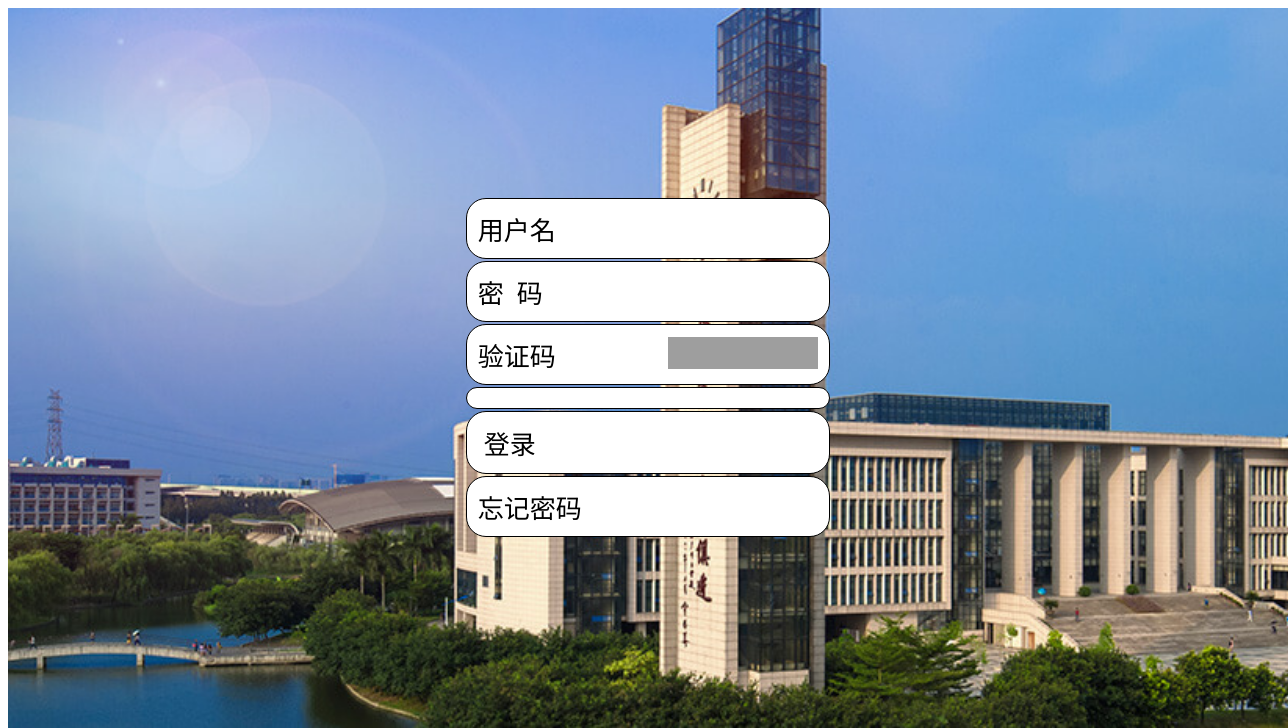
Repository: IAmJiangWenHao/ReportServer
Page: demo.html
An editor plug-in stored every save of this project. The page is shown before and after the next save, followed by the edit.
The browser window is 1280 px wide. The page is 1288 px wide, so the pictures cover 1288 px, including what lies to the right of the window. The pictures show the whole page.
Pictures or frames that could not be fetched are drawn as grey boxes.

Above is the page before, as saved 2023-05-16 12:18:06.

### demo.html
<!DOCTYPE html>
<html>

<head>
  <meta http-equiv="Content-Type" content="text/html; charset=UTF-8">
  <title>登录</title>
</head>

<body>
  <style>
    dfv {
      height: 100%;
      width: 100%;
      position: absolute;
      background-image: url('./web/img/gzdx-bg.jpg');
      background-size: cover;
      background-position: center;

    }

    form {
      height: 100%;
    }

    table {
      height: 100%;
      display: flex;
      justify-content: center;
      align-items: center;
    }

    table tbody tr {
      border: 1px solid black;
      margin-bottom: 2px;
      display: flex;
      border-radius: 20px;
      width: auto;
      height: auto;
      padding: 10px;
      font-size: 26px;
      background-color: #fff;
      position: relative;
      justify-content: space-between
    }
    table tbody tr td a{
      color: #000;
      text-decoration:none;
    }
    table tbody tr td input{
      border: 0;
      background-color: #fff;
    }
  </style>

  <script type="text/javascript"> //这里是JavaScript
    window.onload = function () {
      document.getElementById("img").onclick = function () {
        /*document.getElementById()通过元素的id来获取元素，
         .getElementById("img")先获取"img" 元素；
         然后.onclick()，点击触发一个事件，这个事件发生会执行funciton()函数。
         目的:点击id为img的页面元素时会触发funciton函数。生成验证码*/
        this.src = "CheckcodeServlet?time" + new Date().getTime();
        //new Date().getTime()增加时间戳来更换验证码图片
      };
    };

  </script>
  <script type="text/javascript">
    //检查输入是否为空
    function Check() {
      const username = document.form1.username.value;
      const password = document.form1.password.value;
      const checkcode = document.form1.checkcode.value;

      if (!username) {
        alert("用户名不能为空！");
        document.form1.username.focus();
        return false;
      }

      if (!password) {
        alert("密码不能为空！");
        document.form1.password.focus();
        return false;
      }

      if (!checkcode) {
        alert("验证码不能为空！");
        document.form1.checkcode.focus();
        return false;
      }

      return true;
    }
  </script>

  <dfv>
    <form action="LoginServlet" method="post" name="form1" onSubmit="return Check()">
      <!-- form属性action="LoginServlet"中，LoginServlet待后续实现，用于处理请求-->
      <table>

        <tr>
          <td>用户名</td>
          <td><input style="width:150px;height:30px;" type="text" name="username" size="20"></td>
        </tr>
        <tr>
          <td>密&nbsp;&nbsp;码</td>
          <td><input style="width: 150px;height:30px;" type="password" name="password" size="20"></td>
        </tr>
        <tr>
          <td>验证码</td>
          <td><input style="width: 100px;height:30px;" type="text" name="checkcode" size="15">
            <img style="width:150px;height:32px;" id="img" src="CheckcodeServlet" alt="[验证码待续]" align="center">
            <!-- id为img的页面元素,显示验证码图像；src="CheckcodeServlet"中，CheckcodeServlet待后续实现-->
          </td>
        </tr>
        <tr>
          <tr>
            <td><input style="font-size: 26px" type="submit" value="登录">
            </td>
          </tr>
          <tr>
            <td>
              <font><a href="forgetPassword.jsp">忘记密码 </a> </font>
            </td>
          </tr>
        </tr>
      </table>
    </form>
    </div>
</body>

</html>

After the next save:
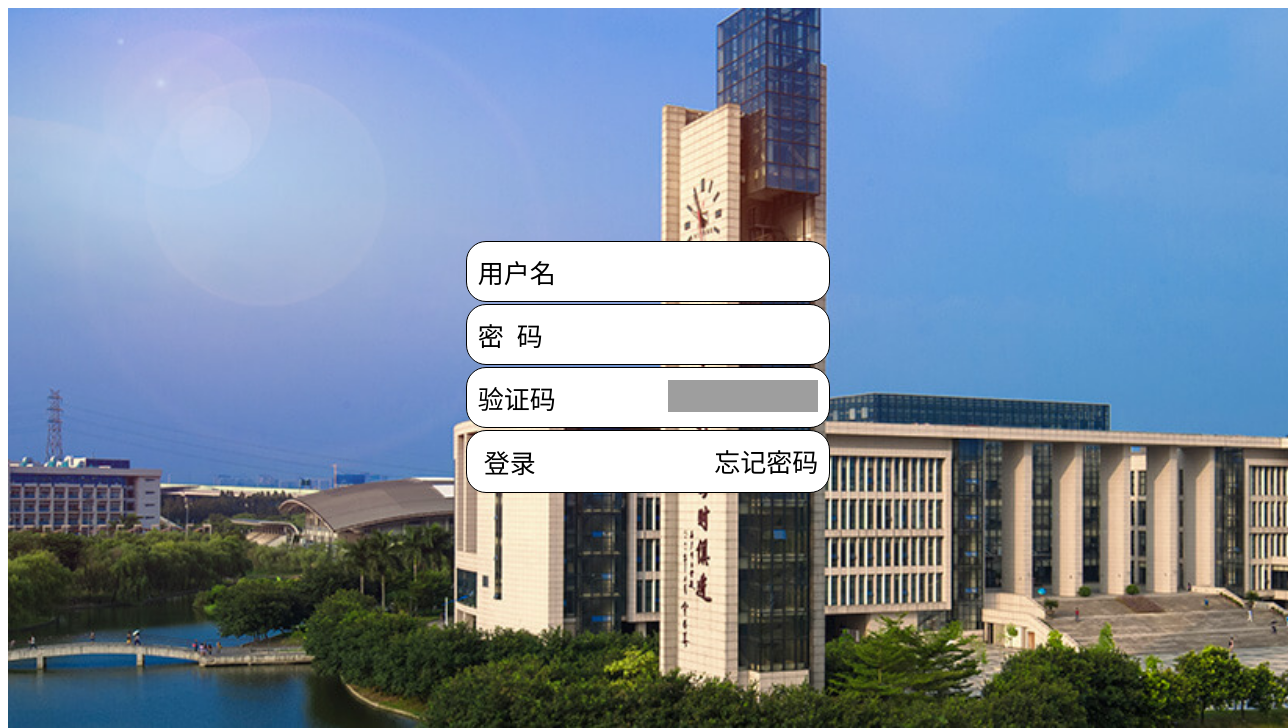
Saved 38 s later.
--- a/demo.html
+++ b/demo.html
@@ -115,15 +115,14 @@
           </td>
         </tr>
         <tr>
-          <tr>
+
             <td><input style="font-size: 26px" type="submit" value="登录">
             </td>
-          </tr>
-          <tr>
+
+
             <td>
               <font><a href="forgetPassword.jsp">忘记密码 </a> </font>
             </td>
-          </tr>
         </tr>
       </table>
     </form>

After the save that followed:
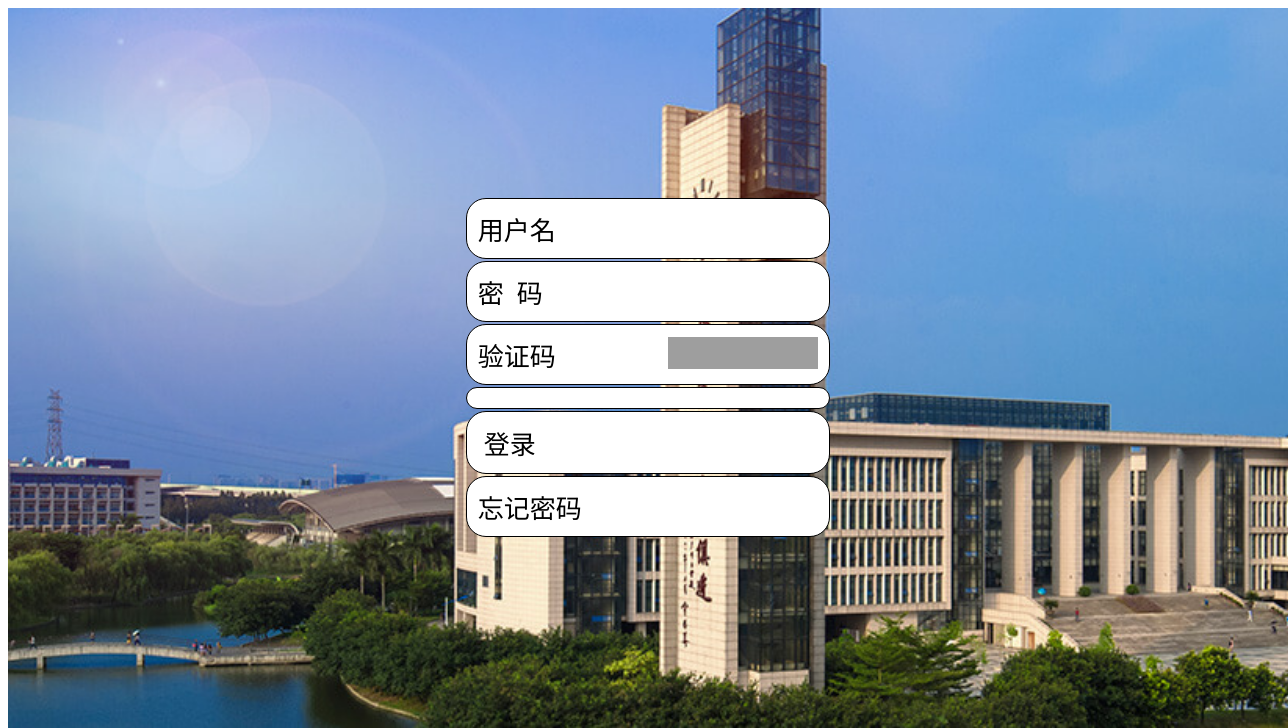
Saved 14 s later.
--- a/demo.html
+++ b/demo.html
@@ -115,14 +115,15 @@
           </td>
         </tr>
         <tr>
-
+          <tr>
             <td><input style="font-size: 26px" type="submit" value="登录">
             </td>
-
-
+          </tr>
+          <tr>
             <td>
               <font><a href="forgetPassword.jsp">忘记密码 </a> </font>
             </td>
+          </tr>
         </tr>
       </table>
     </form>
